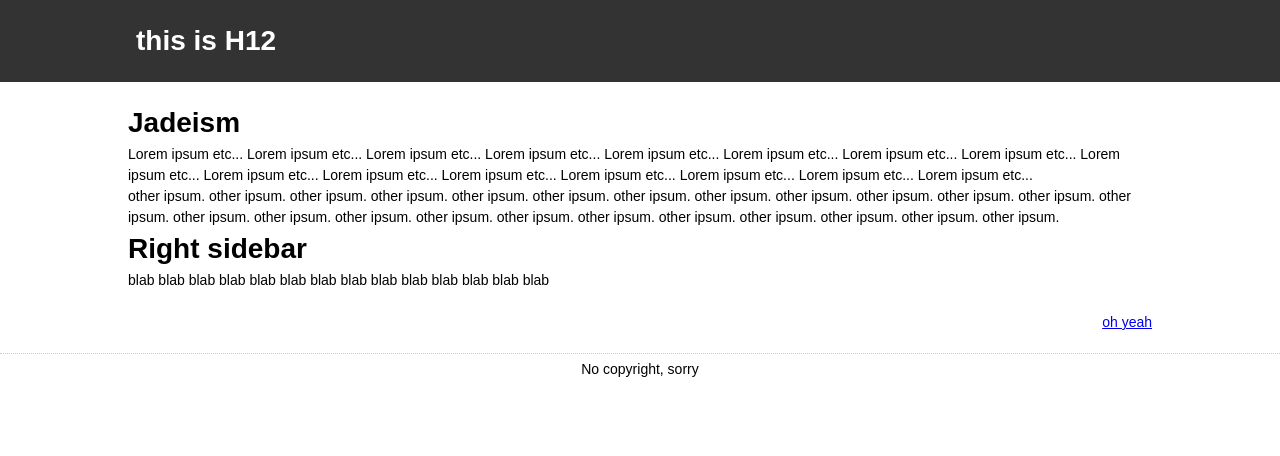
Repository: simonbcky/101
Page: http://localhost/j
The author's editor kept a record of every edit. The page is drawn from the files as they stood at one moment, then again after the next edit.
The browser window is 1280 px wide. The pictures show the whole page.
The page is served by the project's Node server (Jadestuff/index.js).

Above is the page before.

After the next edit:
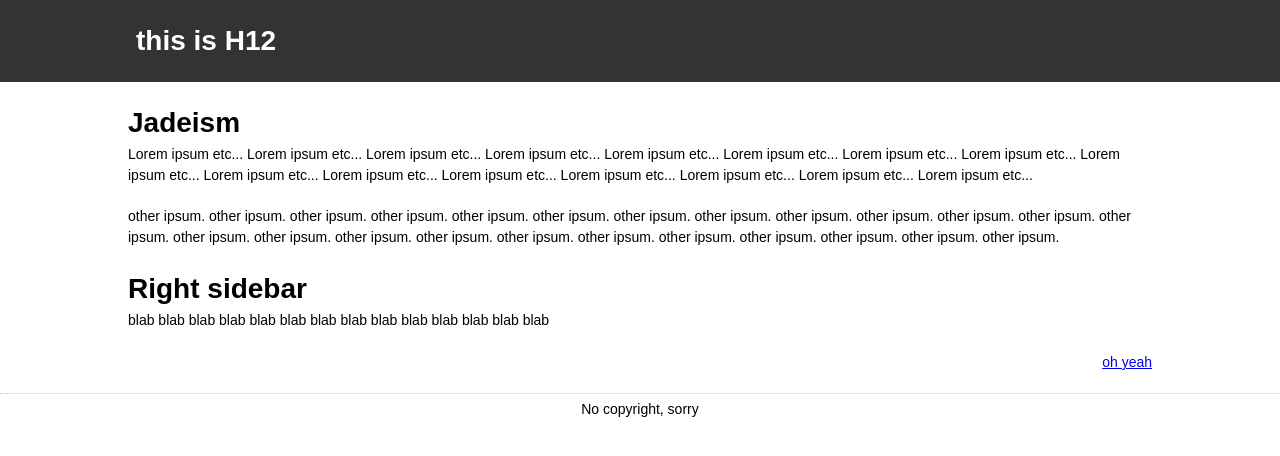
The edit:
--- a/Jadestuff/views/layout.jade
+++ b/Jadestuff/views/layout.jade
@@ -9,7 +9,7 @@
                 h1 this is H12
         .container
             .main-content
-            block content
+                block content
             .sidebar
             block sidebar
         footer
